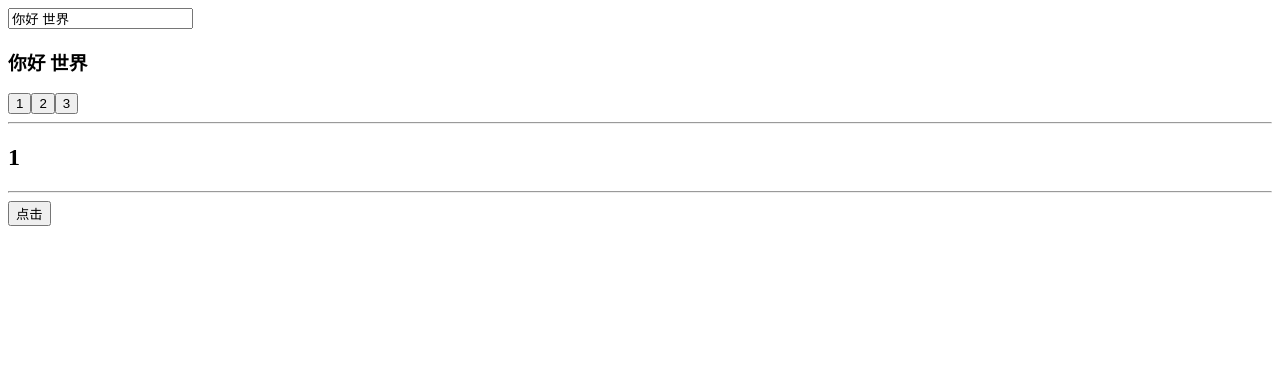
Repository: 1404413577/jsdemo
Page: /res (app in vue-demo/myweb3/)
These files come from the project's save history. The page is drawn as it stood at one moment and after the next save; the edit follows.
The browser window is 1280 px wide. The pictures show the whole page.
The project was rebuilt for these pictures with package versions that can differ from the ones it lists, and the page was loaded fresh each time. Also part of the build but not shown: vue-demo/myweb3/vue.config.js.

Above is the page before, as saved 2022-11-25 19:23:53.

### vue-demo/myweb3/src/App.vue
<template>
  <router-view/>
</template>

<script>

</script>
<style lang="less">

</style>

### vue-demo/myweb3/src/router/index.js
import { createRouter, createWebHistory } from 'vue-router'

const routes = [
  {
    path: "/home",
    component: 'home',
    component: () => import('../views/Home.vue')
},
  {
    path: '/onclick',
    name: 'onclick',
    component: () => import('../views/OnClick.vue')
  },
  {
    path: '/res',
    name: 'res',
    component: () => import('../views/res.vue')

  }
]

const router = createRouter({
  history: createWebHistory(process.env.BASE_URL),
  routes
})

export default router

### vue-demo/myweb3/src/views/res.vue
<template>
  <div>
    <Demo />
  </div>
</template>

<script>
import Demo  from "@/components/vue2/demo.vue"
export default {
  components:{
        Demo
    }

}
</script>

<style>

</style>

### vue-demo/myweb3/src/components/vue2/demo.vue
<template>
  <div>
    <input type="text" v-model="msg" />
    <h3>{{ msg }}</h3>
    <button v-on:click="btnFn(1)">1</button>
    <button v-on:click="btnFn(2)">2</button>
    <button v-on:click="btnFn(3)">3</button>
    <hr />
    <h2 v-show="status == 1">1</h2>
    <h2 v-show="status == 2">2</h2>
    <h2 v-show="status == 3">3</h2>

    <hr>
    <button @click="dianji">点击</button>
  </div>
</template>

<script>
export default {
  data() {
    return {
      msg: "你好 世界",
      status: 1,
    };
  },
  methods: {
    btnFn(val) {
      this.status = val;
    },
    dianji(){
        console.log("123")
        this.msg = "反对独裁"

    }
  },
};
</script>

<style></style>

Loaded but not shown: vue-demo/myweb3/public/index.html (common file); vue-demo/myweb3/src/main.js (common file); vue-demo/myweb3/src/store/index.js (common file)

After the next save:
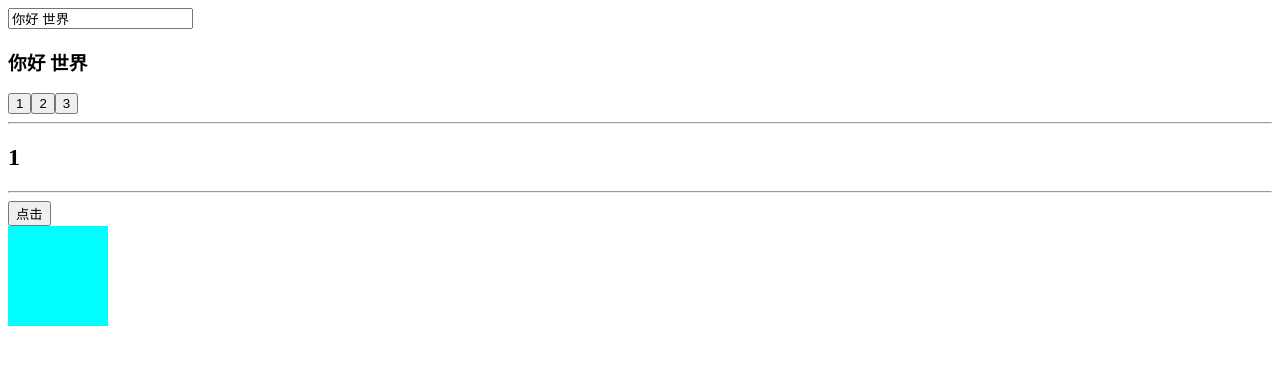
Saved 69 s later.
--- a/vue-demo/myweb3/src/components/vue2/demo.vue
+++ b/vue-demo/myweb3/src/components/vue2/demo.vue
@@ -12,6 +12,7 @@
 
     <hr>
     <button @click="dianji">点击</button>
+    <div class="box"></div>
   </div>
 </template>
 
@@ -36,4 +37,10 @@ export default {
 };
 </script>
 
-<style></style>
+<style>
+.box{
+    width: 100px;
+    height: 100px;
+    background-color: aqua;
+}
+</style>
